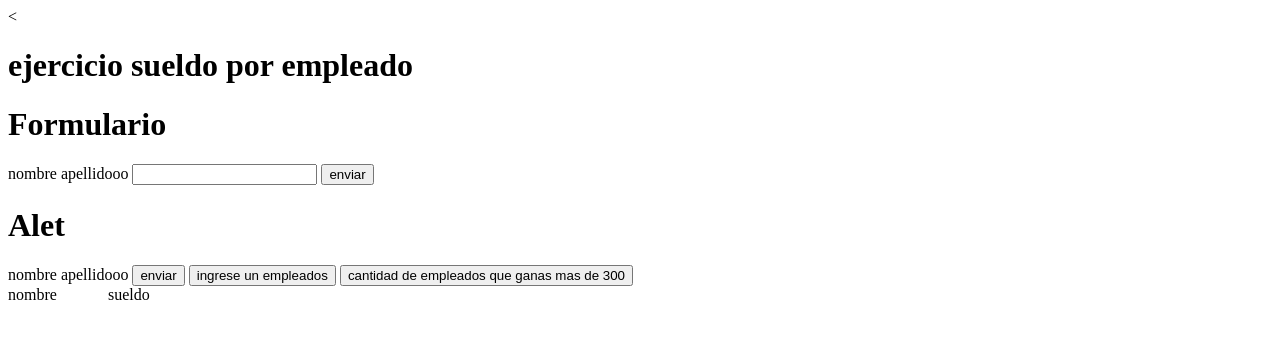
Repository: wolfmarcos/Ej-FormSesionEmpleados
Page: sueldoempleado.html
An editor plug-in stored every save of this project. The page is shown before and after a run of saves, followed by the edit.
The browser window is 1280 px wide. The pictures show the whole page.

Above is the page before, as saved 2022-07-26 13:35:22.

After the next 2 saves:
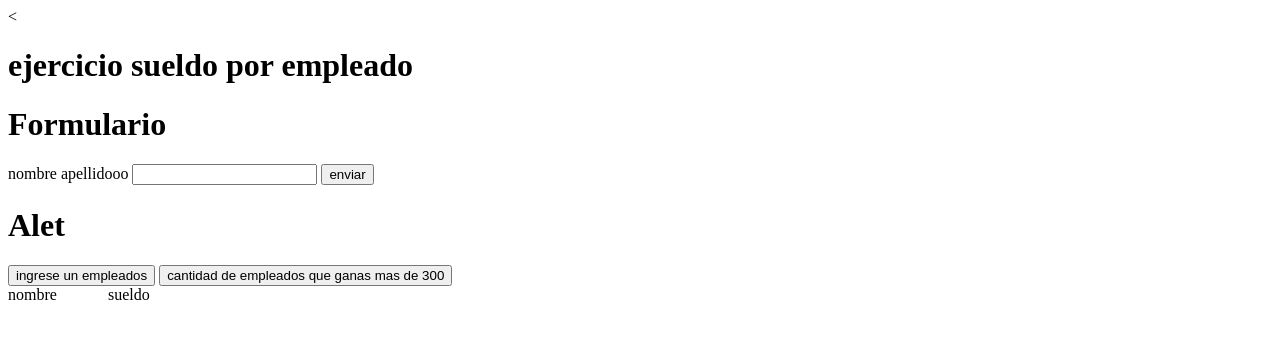
The 2 saves are shown as one change because they came seconds apart.
The last was saved 8 s later.
--- a/sueldoempleado.html
+++ b/sueldoempleado.html
@@ -24,16 +24,8 @@
 
 
     <h1>Alet</h1>
-    <form action="./ej1.js" name="form" method="post">
-<leibel>nombre</leibel>
 
 
-<leibel>apellidooo</leibel>
-
-<imput type="text">
-
-<button type="submit"> enviar</button>
-    </form>
 
 
 
